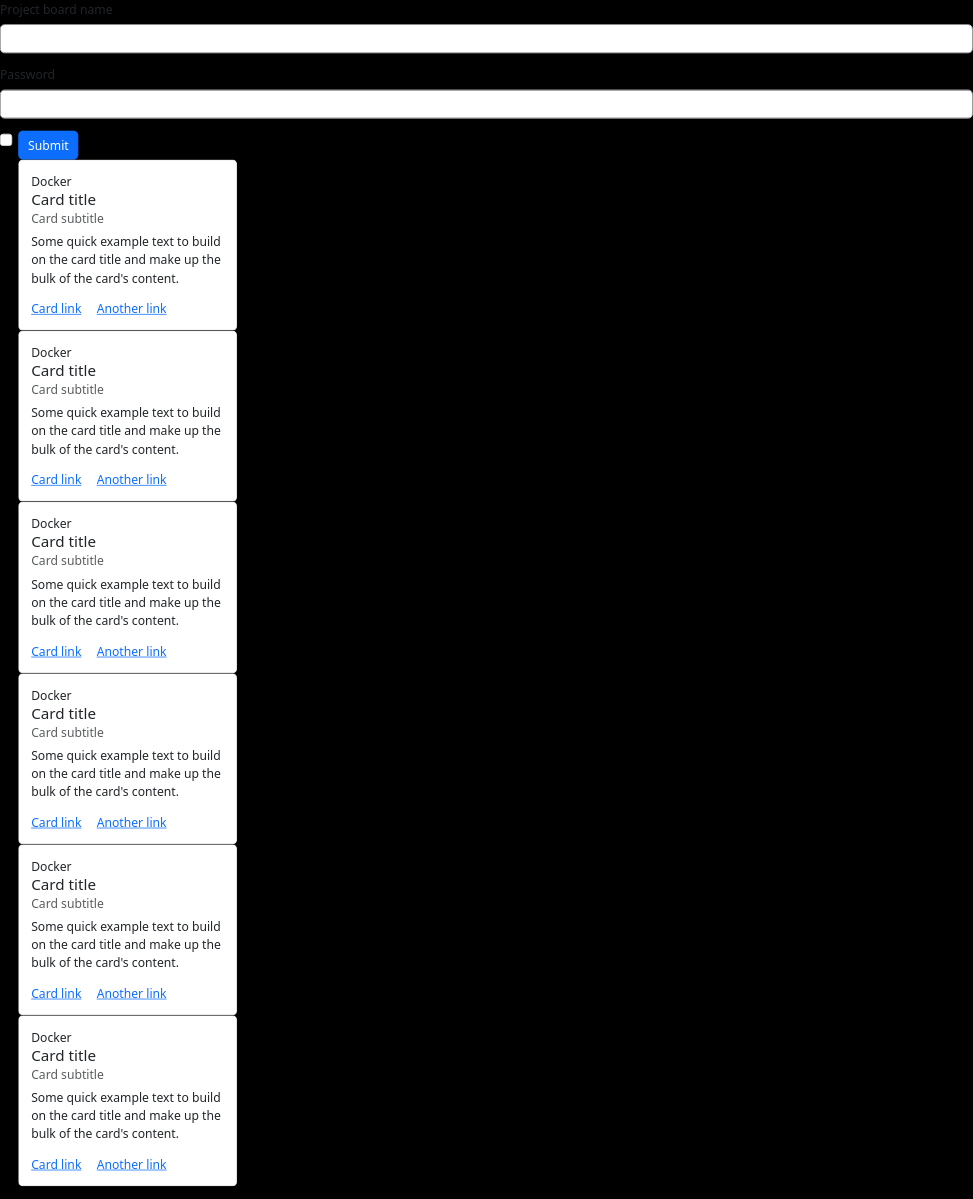
Repository: NSS-Evening-25-Cohort/e25-gitsub-control-alt-defeat
Page: index.html
An editor plug-in stored every save of this project. The page is shown before and after the next save, followed by the edit.
The browser window is 1280 px wide. The pictures show the whole page, at 76% of full size.

Above is the page before, as saved 2023-11-06 21:07:29.

### index.html
<!DOCTYPE html>
<html lang="en">
  <head>
    <meta charset="UTF-8" />
    <meta name="viewport" content="width=device-width, initial-scale=1.0" />
    <link
      rel="stylesheet"
      href="https://cdn.jsdelivr.net/npm/bootstrap@5.3.2/dist/css/bootstrap.min.css"
    />
    <link rel="stylesheet" href="main.css" />
    <title>Document</title>
  </head>
  <body>
    <form>
      <div class="mb-3">
        <label for="exampleInputEmail1" class="form-label">Project board name</label>
        <input type="email" class="form-control" id="exampleInputEmail1" aria-describedby="emailHelp">
      </div>
      <div class="mb-3">
        <label for="exampleInputPassword1" class="form-label">Password</label>
        <input type="password" class="form-control" id="exampleInputPassword1">
      </div>
      <div class="mb-3 form-check">
        <input type="checkbox" class="form-check-input" id="exampleCheck1">
      <button type="submit" class="btn btn-primary">Submit</button>
    </form>
    <div id="app1"></div>
    <div id="app2"></div>

    <script src="	https://cdn.jsdelivr.net/npm/bootstrap@5.3.2/dist/js/bootstrap.bundle.min.js"></script>
    <script src="main.js"></script>
  </body>
</html>

### main.js
const packageCards =[
  {
    id: 1,
    name: "Docker",
    info: "A software platform used for building applications based on containers small and lightweight execution environments",
  },
  {
    id: 2,
    name: "Docker",
    info: "A software platform used for building applications based on containers small and lightweight execution environments"
  },
  {
    id: 3,
    name: "Docker",
    info: "A software platform used for building applications based on containers small and lightweight execution environments"
  },
  {
    id: 4,
    img: "image",
    name: "Docker",
    info: "A software platform used for building applications based on containers small and lightweight execution environments"
  },
  {
    id: 5,
    img: "image",
    name: "Docker",
    info: "A software platform used for building applications based on containers small and lightweight execution environments"
  },
  {
    id: 6,
    img: "image",
    name: "Docker",
    info: "A software platform used for building applications based on containers small and lightweight execution environments"
  },
];

const app1 = document.querySelector("#app1")
const app2 = document.querySelector("#app2")

const renderToDom = (packageCards) =>{

  let domString = "";

  for(let card of packageCards){
    domString += `<div class="card" style="width: 18rem;">
    <div class="card-body"> ${card.name}
      <h5 class="card-title">Card title</h5>
      <h6 class="card-subtitle mb-2 text-body-secondary">Card subtitle</h6>
      <p class="card-text">Some quick example text to build on the card title and make up the bulk of the card's content.</p>
      <a href="#" class="card-link">Card link</a>
      <a href="#" class="card-link">Another link</a>
    </div>
  </div>`
  }
  const app1 = document.querySelector("#app1")
  app1.innerHTML = domString
}
renderToDom(packageCards)

Loaded but not shown: main.css (common file)

After the next save:
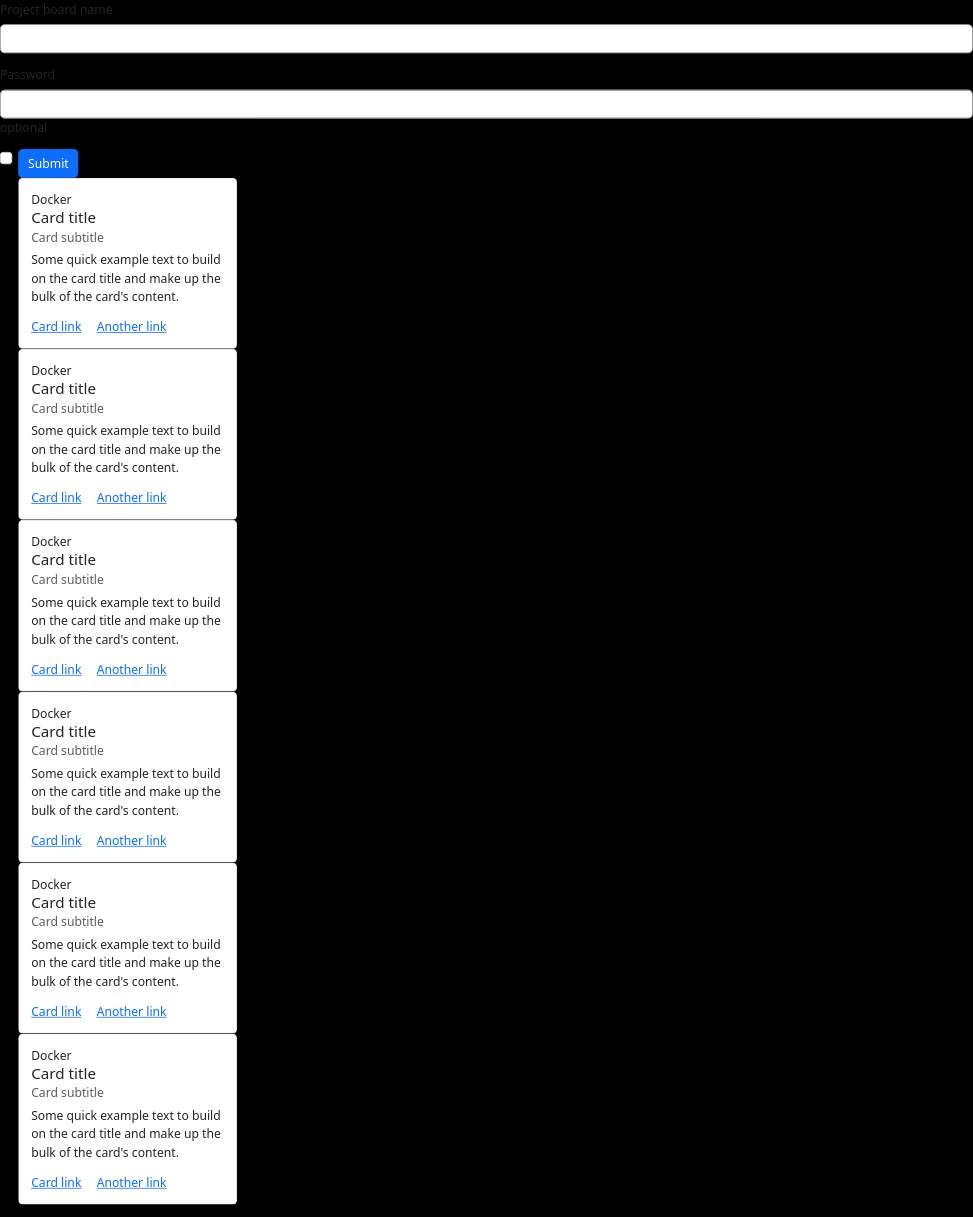
Saved 38 s later.
--- a/index.html
+++ b/index.html
@@ -18,7 +18,7 @@
       </div>
       <div class="mb-3">
         <label for="exampleInputPassword1" class="form-label">Password</label>
-        <input type="password" class="form-control" id="exampleInputPassword1">
+        <input type="text" class="form-control" id="description"> optional
       </div>
       <div class="mb-3 form-check">
         <input type="checkbox" class="form-check-input" id="exampleCheck1">
